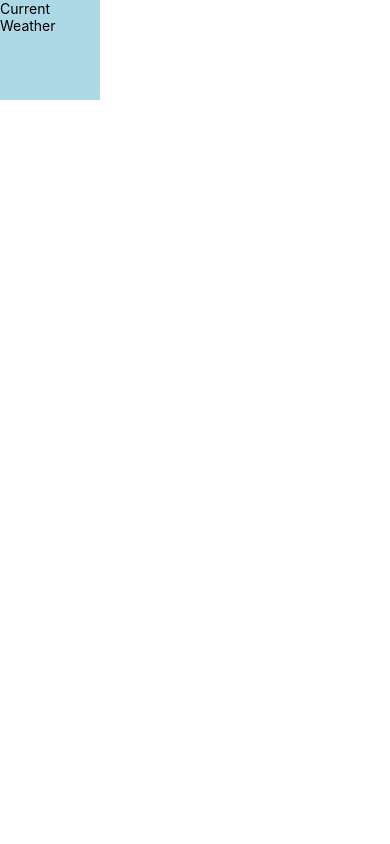
Repository: akinmiday/fcc
Screen: / (app in WeatherApp/)
An editor plug-in stored every save of this project. The screen is shown before and after the next save, followed by the edit.
The app was drawn by React Native's web renderer in a window 390 px wide. The project was rebuilt for these pictures with package versions that can differ from the ones it lists, and the page was loaded fresh each time.

Above is the screen before, as saved 2023-07-18 06:44:17.

After the next save:
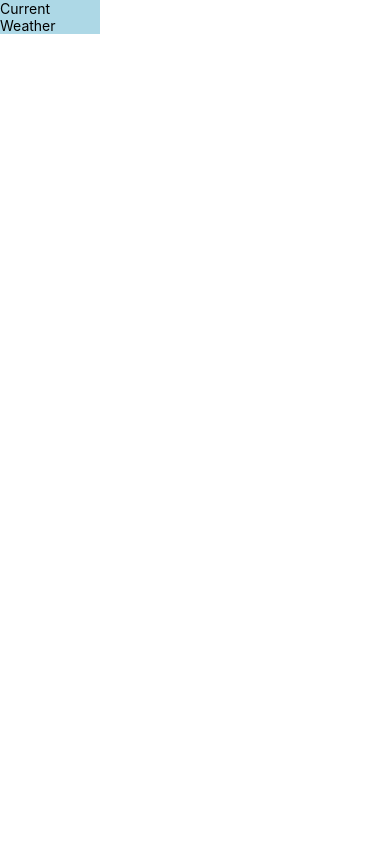
Saved 16 s later.
--- a/WeatherApp/App.js
+++ b/WeatherApp/App.js
@@ -15,7 +15,8 @@
   container:{
     backgroundColor: 'lightblue',
     width: 100,
-    height: 100
+    height: 100,
+    flex: 1
   }
 })
 

After the save that followed:
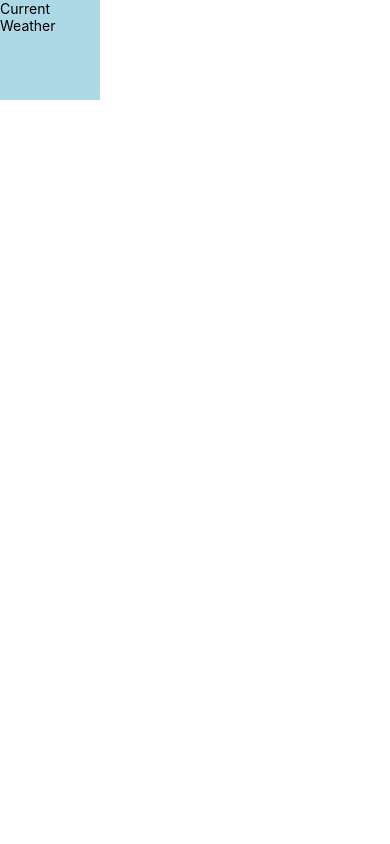
Saved 6 s later.
--- a/WeatherApp/App.js
+++ b/WeatherApp/App.js
@@ -16,7 +16,7 @@
     backgroundColor: 'lightblue',
     width: 100,
     height: 100,
-    flex: 1
+
   }
 })
 
